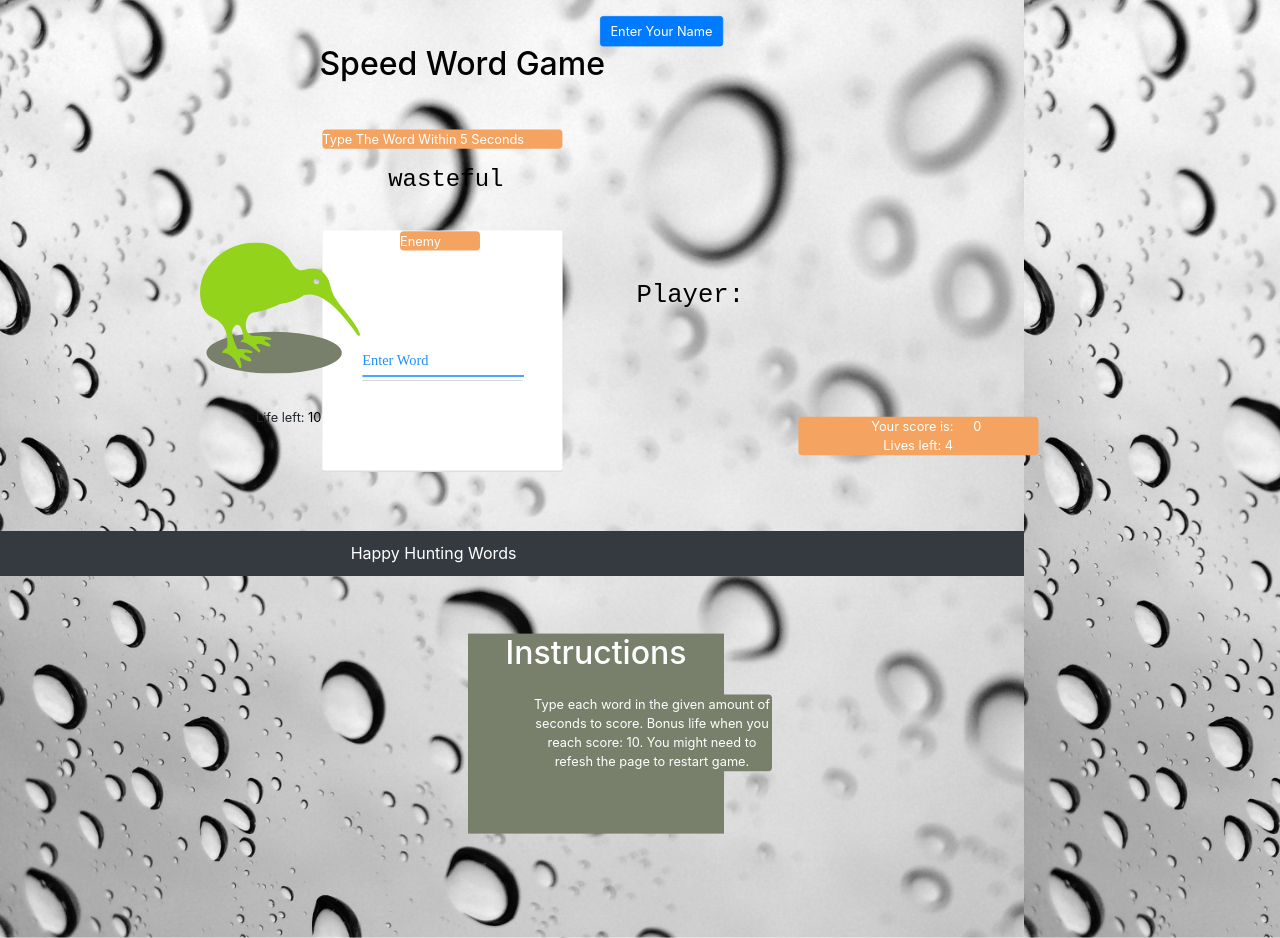
Repository: konstantin0s/word-game-project
Page: modal.html
An editor plug-in stored every save of this project. The page is shown before and after the next save, followed by the edit.
The browser window is 1280 px wide. The page is 1600 px wide, then 1580 px, so the pictures cover 1600 px, including what lies to the right of the window. The pictures show the whole page, at 80% of full size.
Backgrounds fixed to the window are drawn as part of the page. Some web libraries are served in a nearby version.

Above is the page before, as saved 2019-02-14 11:07:06.

### modal.html
<!DOCTYPE html>
<html lang="en">

<head>

  <meta charset="utf-8">
  <meta name="viewport" content="width=device-width, initial-scale=1, shrink-to-fit=no">
  <meta name="description" content="">
  <meta name="author" content="">

  <title>Speed Word Game</title>
  <!-- <link rel="stylesheet" href="https://maxcdn.bootstrapcdn.com/bootstrap/3.4.0/css/bootstrap.min.css"> -->
  <script src="https://ajax.googleapis.com/ajax/libs/jquery/3.3.1/jquery.min.js"></script>
  <script src="https://maxcdn.bootstrapcdn.com/bootstrap/3.4.0/js/bootstrap.min.js"></script>
  <script src="https://cdnjs.cloudflare.com/ajax/libs/p5.js/0.7.3/p5.js"></script>
  <!-- Bootstrap core CSS -->
  <link href="vendor/bootstrap/css/bootstrap.min.css" rel="stylesheet">

  <!-- Custom styles for this template -->
  <link href="css/the-big-picture.css" rel="stylesheet">
  <link rel="stylesheet" href="css/style.css">

</head>

<body>

  <!-- Navigation -->
  <nav class="navbar navbar-expand-lg navbar-dark bg-dark fixed-bottom">
    <div class="container">
      <a class="navbar-brand" href="#">Happy Hunting Words</a>
      <button class="navbar-toggler" type="button" data-toggle="collapse" data-target="#navbarResponsive" aria-controls="navbarResponsive" aria-expanded="false" aria-label="Toggle navigation">
        <span class="navbar-toggler-icon"></span>
      </button>
      <div class="collapse navbar-collapse" id="navbarResponsive">
      </div>
    </div>
  </nav>



<!-- Button trigger modal -->
<button type="button" id="clearPlayer" class="btn btn-primary" data-toggle="modal" data-target="#exampleModalCenter">
    Enter Your Name
  </button>

  <!-- Modal -->
  <div class="modal fade" id="exampleModalCenter" tabindex="-1" role="dialog" aria-labelledby="exampleModalCenterTitle" aria-hidden="true">
    <div class="modal-dialog modal-dialog-centered" role="document">
      <div class="modal-content">
        <div class="modal-header">
          <h5 class="modal-title" id="exampleModalLongTitle">Player Name</h5>
          <button type="button" class="close" data-dismiss="modal" aria-label="Close">
            <span aria-hidden="true">&times;</span>
          </button>
        </div>
        <div class="modal-body">
            <h3 id="playerN">Enter Your Name</h3>
            <input id="name" onchange="say_hi()">
        </div>
      </div>
    </div>
  </div>
<h2 id="user">
  Player:
</h2>

<div id="output"></div>

  <!-- Page Content -->
  <section>
    <div class="container">
      <div class="row">
        <div class="col-lg-6">
          <h1 class="mt-5">Speed Word Game</h1>
          <p class="type">Type The Word Within
            <span id="sec"></span>
            Seconds</p>
          <div id="wordsDisplay">

          </div>
          <div id="time">
           <p>Time left:</p> <span id="timeLeft"></span>
          </div>
          <div id="userDetails">
             Your score is: <span id="score">0</span><br>
             Lives left: <span id="lives">3</span>
          </div>
          <div class="wrapper">
            <input class="input" id="inputWord" onchange="compareGuess()" placeholder="Enter Word" type="text"  autofocus>
            <span class="underline"></span>
        </div>
        </div>
      </div>
    </div>
  </section>

  <div id="corWrong"></div>

   <p id="messageP"></p>
   <div class="enemy">
    Life left: <span id="enemyLife">10</span>
   </div>
  <svg version="1.1" id="Layer_1" xmlns="http://www.w3.org/2000/svg" xmlns:xlink="http://www.w3.org/1999/xlink" x="0px" y="0px"
  width="612px" height="502.174px" viewBox="0 65.326 612 502.174" enable-background="new 0 65.326 612 502.174"
  xml:space="preserve" class="logo">

<ellipse class="ground" cx="283.5" cy="487.5" rx="259" ry="80"/>
<path class="kiwi" d="M210.333,65.331C104.367,66.105-12.349,150.637,1.056,276.449c4.303,40.393,18.533,63.704,52.171,79.03
 c36.307,16.544,57.022,54.556,50.406,112.954c-9.935,4.88-17.405,11.031-19.132,20.015c7.531-0.17,14.943-0.312,22.59,4.341
 c20.333,12.375,31.296,27.363,42.979,51.72c1.714,3.572,8.192,2.849,8.312-3.078c0.17-8.467-1.856-17.454-5.226-26.933
 c-2.955-8.313,3.059-7.985,6.917-6.106c6.399,3.115,16.334,9.43,30.39,13.098c5.392,1.407,5.995-3.877,5.224-6.991
 c-1.864-7.522-11.009-10.862-24.519-19.229c-4.82-2.984-0.927-9.736,5.168-8.351l20.234,2.415c3.359,0.763,4.555-6.114,0.882-7.875
 c-14.198-6.804-28.897-10.098-53.864-7.799c-11.617-29.265-29.811-61.617-15.674-81.681c12.639-17.938,31.216-20.74,39.147,43.489
 c-5.002,3.107-11.215,5.031-11.332,13.024c7.201-2.845,11.207-1.399,14.791,0c17.912,6.998,35.462,21.826,52.982,37.309
 c3.739,3.303,8.413-1.718,6.991-6.034c-2.138-6.494-8.053-10.659-14.791-20.016c-3.239-4.495,5.03-7.045,10.886-6.876
 c13.849,0.396,22.886,8.268,35.177,11.218c4.483,1.076,9.741-1.964,6.917-6.917c-3.472-6.085-13.015-9.124-19.18-13.413
 c-4.357-3.029-3.025-7.132,2.697-6.602c3.905,0.361,8.478,2.271,13.908,1.767c9.946-0.925,7.717-7.169-0.883-9.566
 c-19.036-5.304-39.891-6.311-61.665-5.225c-43.837-8.358-31.554-84.887,0-90.363c29.571-5.132,62.966-13.339,99.928-32.156
 c32.668-5.429,64.835-12.446,92.939-33.85c48.106-14.469,111.903,16.113,204.241,149.695c3.926,5.681,15.819,9.94,9.524-6.351
 c-15.893-41.125-68.176-93.328-92.13-132.085c-24.581-39.774-14.34-61.243-39.957-91.247
 c-21.326-24.978-47.502-25.803-77.339-17.365c-23.461,6.634-39.234-7.117-52.98-31.273C318.42,87.525,265.838,64.927,210.333,65.331
 z M445.731,203.01c6.12,0,11.112,4.919,11.112,11.038c0,6.119-4.994,11.111-11.112,11.111s-11.038-4.994-11.038-11.111
 C434.693,207.929,439.613,203.01,445.731,203.01z"/>
<filter id="pictureFilter" >
 <feGaussianBlur stdDeviation="15" />
</filter>
</svg>


<div class="instructions">
  <h1>Instructions</h1>
  <p>Type each word in the given amount of seconds to score.
    Bonus life when you reach score: 10.
    You might need to refesh the page to restart game.
  </p>
</div>

  <!-- Bootstrap core JavaScript -->
  <script src="vendor/jquery/jquery.min.js"></script>
  <script src="vendor/bootstrap/js/bootstrap.bundle.min.js"></script>
  <script src="js/main.js"></script>

</body>

</html>

### css/the-big-picture.css
/*!
 * Start Bootstrap - The Big Picture (https://startbootstrap.com/template-overviews/the-big-picture)
 * Copyright 2013-2019 Start Bootstrap
 * Licensed under MIT (https://github.com/BlackrockDigital/startbootstrap-the-big-picture/blob/master/LICENSE)
 */
body {
  background: url('../img/drop.jpg') no-repeat center center fixed;
  -webkit-background-size: cover;
  -moz-background-size: cover;
  background-size: cover;
  -o-background-size: cover;
}

### css/style.css
body {
  margin: 0;
  padding: 0;
  z-index: 40;
  overflow-x: hidden;
}

.container {
  display: flex;
  flex-direction: column;
  justify-content: center;

}

.container .type {
   position: relative;
   top: 20px;
}
.mt-5 {
  color: black;
  text-align: center;
  position: relative;
  top: -30px;
  left: 290px;
}
.wrapper {
  background-color: #FFF;
  border-radius: 2px;
  box-shadow: 0px 2px 1px 0px #DDD;
  box-sizing: border-box;
  height: 300px;
  left: 550px;
  margin: -150px 0 0 -150px;
  position: absolute;
  top: 400px;
  width: 300px;

}

.input {
  background-color: transparent;
  border: none;
  border-bottom: 1px solid #CCC;
  color: #555;
  box-sizing: border-box;
  font-family: 'Arvo';
  font-size: 18px;
  height: 50px;
  left: 50%;
  margin: -25px 0 0 -100px;
  padding: 10px 0px;
  position: relative;
  top: 50%;
  width: 200px;

  &:focus {
    outline: none;
  }
}

input::-webkit-input-placeholder {
  color: #AAA;
}

input:focus::-webkit-input-placeholder {
  color: dodgerblue;
}

.input:focus+.underline {
  transform: scale(1);
}

.underline {
  background-color: dodgerblue;
  display: inline-block;
  height: 2px;
  left: 50px;
  margin-top: -4px;
  position: absolute;
  top: 185px;
  -webkit-transform: scale(0, 1);
  transform: scale(0, 1);
  -webkit-transition: all 0.5s linear;
  transition: all 0.5s linear;
  width: 202px;
}


font {
  color: white;
}

#wordsDisplay {
  position: relative;
  top: 20px;
  left: 387px;
  color: black;
  font-family: 'Courier New', Courier, monospace;
  font-size: 30px;
  width: 305px;
  text-align: center;
}
#userDetails {
  position: relative;
  top: 230px;
 float: right;
 /* left: 500px; */
 left: 740px;
  color: white;
  background-color: sandybrown;
  width: 300px;
  text-align: center;
  border-radius: 5px;
}

#score {
  position: relative;
  top: 0px;
  left: 20px;
  color: white;
  background-color: sandybrown;
}

#time {
  text-align: center;
}

 p {
  position: relative;
  top: 450px;
  left: 385px;
  color: white;
  background-color: sandybrown;
  width: 300px;
  border-radius: 5px;
 }

#timeLeft {
  position: relative;
  top: 400px;
  left: 330px;
  color: white;
  background-color: sandybrown;
}

.sec {
  position: relative;
  top: 400px;
  left: 330px;
  color: white;
  background-color: sandybrown;
}

b {
  color: black;
  text-transform: capitalize;;
}

#user {
  position: relative;
  top: 350px;
  right: 350px;
  float: right;
  color: black;
  font: 33px;
  font-family: 'Courier New', Courier, monospace;
}

#output {
  position: relative;
  color: black;
  float: right;
  right: 250px;
  font-size:28px;
  top: 410px;
}

#playerN {
  color: black;
}

.newP {
  position: relative;
  left: 40px;
  top: 120px;
}

.navbar-brand {
  position: relative;
  left: -90px;
}


@import "compass/css3";

.logo {
  position: relative;
  width: 200px;
  height: 164px;
  left: 250px;
  top: -100px;
}

.kiwi {
  fill: #94d31b;

}
.kiwi:hover {
  fill: #ace63c;
}

.ground {
  fill: #787f6a;
}
.ground:hover {
  filter: url(#pictureFilter);
  fill: #896d3d;
}

#messageP {
  position: relative;
  top: -50px;
  width: 100px;
  left: 500px;
}

.instructions {
  background-color: #787f6a;
  width: 25%;
  height: 250px;
  color: white;
  position: relative;
  left: 580px;
  top: 220px;
  margin: 5px;
  text-align: center;
  margin-bottom: 350px;
}

.instructions p {
  background-color: #787f6a;
  position: relative;
  left: 80px;
  top: 20px;
  width: 1005;
  text-align: center;
}

#clearPlayer {
  position: relative;
  top: 20px;
  left: 750px;
}

#corWrong {
  position: relative;
  left: 780px;
  top: 270px;
  color: black;
  font: 30px;
}

#enemyLife {
  color: black;
}
 .enemy {
   left: 320px;
   position: relative;
   top:130px;
 }

#modalContainer {
	background-color:rgba(0, 0, 0, 0.3);
	position:absolute;
  top:0;
	width:100%;
	height:100%;
	left:0px;
	z-index:10000;
  /* background: url('../img/drop.jpg') no-repeat center center fixed;required by MSIE to prevent actions on lower z-index elements */
}

#alertBox {
	position:relative;
  width:43%;
  height: 25%;
	min-height:100px;
  max-height:400px;
	margin-top:50px;
	border:1px solid #fff;
	background-color:#fff;
	background-repeat:no-repeat;
  top:30%;
  left: 500px;
}

#modalContainer > #alertBox {
  position:fixed;
}

#alertBox h1 {
	margin:0;
	font:bold 1em Raleway,arial;
	background-color:#f97352;
  color:#FFF;
  text-align: center;
	border-bottom:1px solid #f97352;
	padding:10px 0 10px 5px;
}

#alertBox p {
 height:50px;
	padding-left:5px;
  padding-top:30px;
  text-align:center;
   vertical-align:middle;
  visibility: hidden;
}

#alertBox #closeBtn {
	display:block;
	position:relative;
	margin:10px auto 10px auto;
  padding:7px;
	border:0 none;
	width:170px;
	text-transform:uppercase;
	text-align:center;
	color:#FFF;
	background-color:#f97352;
	border-radius: 0px;
	text-decoration:none;
  outline:0!important;
} */

/* unrelated styles */

 /* #mContainer {
  position:relative;
	width:600px;
	margin:auto;
	padding:5px;
	border-top:2px solid #fff;
	border-bottom:2px solid #fff;
}

h1,h2 {
	margin:0;
  padding:4px;
}

code {
	font-size:1.2em;
	color:#069;
}

#credits {
	position:relative;
	margin:25px auto 0px auto;
	width:350px;
	font:0.7em verdana;
	border-top:1px solid #000;
	border-bottom:1px solid #000;
	height:90px;
	padding-top:4px;
}

#credits img {
	float:left;
	margin:5px 10px 5px 0px;
	border:1px solid #000000;
	width:80px;
	height:79px;
}

.important {
	background-color:#F5FCC8;
	padding:2px;

}

@media (max-width: 600px)
{
  #alertBox {
	position:relative;
	width:90%;
  top:30%;
}
} */

### js/main.js
function say_hi() {
  var name = document.getElementById("name").value;
  var html = "<b>" + name + "</b> ";
 document.getElementById("output").innerHTML = html;
}

function clearPlayer() {
  document.getElementById("name").value = "";
  var input = document.getElementById("name");
  input.style.visibility = "hidden";
  var playerN = document.getElementById("playerN");
  playerN.style.visibility = "hidden";
  var clearPlayer = document.getElementById("clearPlayer");
  clearPlayer.style.visibility = "hidden";
  var exampleModalCenter = document.getElementById("exampleModalCenter");
  exampleModalCenter.style.visibility = "none";
  var modalContent = document.getElementsByClassName("modal-content");
  modalContent.style.visibility = "hidden";
}

  (function() {
    setInterval(function(){
      clearPlayer();
    }, 10000);
}());

  var wordGeneratorLevel1 = function() {
    setInterval(function(){
      generate();
    }, 5000);
    timer();
  }

  var wordGeneratorLevel2 = function() {
    setInterval(function(){
      generate();
    }, 3000);
    timer();
}

var input = document.getElementById("inputWord");
input.addEventListener('keyup',function(e){
  if (e.keyCode == 13) {
}
});

  var wordsLevel1 = [
    "clever", "amongst", "implementing", "intelectual", "sensual", "amazing", "beautify", "project", "tall",
"curl", "rate", "busy", "unusual", "extend", "exclusive", "ray", "shy", "wasteful", "unbecoming", "fallacious",
"toothbrush", "bounce", "brightwork", "verkrampte", "protectrix", "nudibranch", "grandchild", "newfangled", "flugelhorn", "mythologer"
     ];

     var wordsLevel2 = [
      "jackhammer",
     "brightwork", "verkrampte", "protectrix", "nudibranch", "grandchild", "newfangled", "flugelhorn", "mythologer",
     "pluperfect", "jellygraph", "quickthorn", "rottweiler", "technician", "cowpuncher", "middlebrow",
     "jackhammer", "triphthong", "wunderkind", "dazzlement", "jabberwock", "witchcraft","pawnbroker", "thumbprint", "motorcycle"
       ];


  var randomDiv = document.getElementById("wordsDisplay");
  var addScore = document.getElementById("score");
  var freshLives = document.getElementById("lives");
  var timeLeft = document.getElementById("timeLeft");
  var svgLogo = document.getElementById("Layer_1");
   var messagePlayer = document.getElementById("messageP");
   var corWrong = document.getElementById("corWrong");
   var dinaSec = document.getElementById("sec");
   var enemy = document.getElementById("enemyLife");
  var randomIndex;
  var newText;
  var score = 0;
  var lives = 5;
  var seconds = 5;
  enemyLife = 10;


  function flashLogo() {
    var interval = window.setInterval(function(){
      if(svgLogo.display !== "hidden"){
        svgLogo.style.visibility = "hidden";

      }else{
        svgLogo.style.visibility = "hidden";
      }
  }, 1000);
  }

  function checkLife() {
    if (lives == 0) {
      createCustomAlert(); // game over

      setInterval(function(){
          window.location.href = "http://127.0.0.1:5500/index.html";
      }, 10000);
      score = 0;
      addScore.textContent = "0"
      resetInput();
      lives = 5;
      freshLives.innerHTML = lives;
    }
  }


  function generate() {
   randomIndex = Math.ceil((Math.random() * wordsLevel1.length - 1));
   newText = wordsLevel1[randomIndex];
   randomDiv.innerHTML = newText;

  }

  function generateLevel2() {
    randomIndex = Math.ceil((Math.random() * wordsLevel2.length - 1));
    newText = wordsLevel2[randomIndex];
    randomDiv.innerHTML = newText;
   }

  var flag;
  function compareGuess() {
    var searchWord = document.getElementById("inputWord").value;
    var wordName = document.getElementById("wordsDisplay");
    messagePlayer.innerHTML = "Enemy";
    flag = false;
         if (searchWord == wordName.innerHTML) {
          corWrong.innerHTML = "Correct!!!"
          wordName.style.height = "40px";
           wordName.style.backgroundColor = "yellow";
           score++;
           enemyLife--;
           enemy.innerHTML = enemyLife;
           if (enemyLife == 0) {
            enemy.innerText = "";
           }
           addScore.textContent = score;
           flag = true;
           if (score >= 10 && score <= 11) {
            var audio = new Audio('https://interactive-examples.mdn.mozilla.net/media/examples/t-rex-roar.mp3');
            audio.play();
             lives++
            enemy.innerHTML = enemyLife;
            enemy.innerText = "DeaD";
             freshLives.innerHTML = lives;
            flashLogo();
            messagePlayer.innerHTML = "I'm Outta Here :)";
           }
           clearInterval(timer);
           setInterval(function(){
            wordName.style.backgroundColor = "";
          }, 1500);
          resetInput();
             flag = true;
         } else {
           wordName.style.backgroundColor = "";
         }

         if (flag == false) {
          lives--;
          freshLives.innerHTML = lives;
          corWrong.innerHTML = "Wrong!!!"
          resetInput();
         }
         checkLife();
      }

      function timer() {
        setInterval(function(){
          seconds--;
          dinaSec.innerHTML = seconds;
          timeLeft.innerHTML = seconds;
          if (seconds == 0 && !flag) {
            lives--;
          }
           if(seconds == 0) {
            freshLives.innerHTML = lives;
            seconds = currentLevel + 1;
            dinaSec.innerHTML = seconds;
            timeLeft.innerHTML = seconds;
            checkLife();
            flag = false;
           }
      }, 1000);
      }

 function resetInput() {
  document.getElementById("inputWord").value = "";
  }


  function init() {
    wordGeneratorLevel1();
    lives = 5;
    freshLives.innerHTML = lives;
    messagePlayer.innerHTML = "Enemy";
   }

 window.onload = init;

   var levels = {
    easy: 6,
    medium: 4,
    hard: 2
  }
  var currentLevel = levels.medium;


 var ALERT_TITLE = "Game Over!\n Restart?";
var ALERT_BUTTON_TEXT = "Ok";

if(document.getElementById) {
	window.alert = function(txt) {
    createCustomAlert(txt);
	}
}

function createCustomAlert(txt) {
	d = document;

  if(d.getElementById("modalContainer"))
   return;

	mObj = d.getElementsByTagName("body")[0].appendChild(d.createElement("div"));
	mObj.id = "modalContainer";
	mObj.style.height = d.documentElement.scrollHeight + "px";

	alertObj = mObj.appendChild(d.createElement("div"));
	alertObj.id = "alertBox";
	if(d.all && !window.opera) alertObj.style.top = document.documentElement.scrollTop + "px";
	alertObj.style.left = (d.documentElement.scrollWidth - alertObj.offsetWidth)/2 + "px";
  alertObj.style.visiblity="visible";
  alertObj.style.left="480px";

	h1 = alertObj.appendChild(d.createElement("h1"));
	h1.appendChild(d.createTextNode(ALERT_TITLE));

	msg = alertObj.appendChild(d.createElement("p"));
	//msg.appendChild(d.createTextNode(txt));
  msg.innerHTML = txt;
  audio = new Audio('http://www.project818.com/files/music/TI-Justin-Timberlake-Dead-and-Gone.mp3');
  audio.play();

	btn = alertObj.appendChild(d.createElement("a"));
	btn.id = "closeBtn";
	btn.appendChild(d.createTextNode(ALERT_BUTTON_TEXT));
	btn.href = "#";
	btn.focus();
  btn.onclick = function() { removeCustomAlert();
      audio.pause();
      window.location.href = "http://127.0.0.1:5500/index.html";
    return false; }

	alertObj.style.display = "block";

}

function removeCustomAlert() {
  document.getElementsByTagName("body")[0].removeChild(document.getElementById("modalContainer"));
  window.location.href = "http://127.0.0.1:5500/index.html";

}
function ful(){
alert('Game Over!!!');
}

Loaded but not shown: vendor/bootstrap/css/bootstrap.min.css (library); vendor/jquery/jquery.min.js (library); vendor/bootstrap/js/bootstrap.bundle.min.js (library)

After the next save:
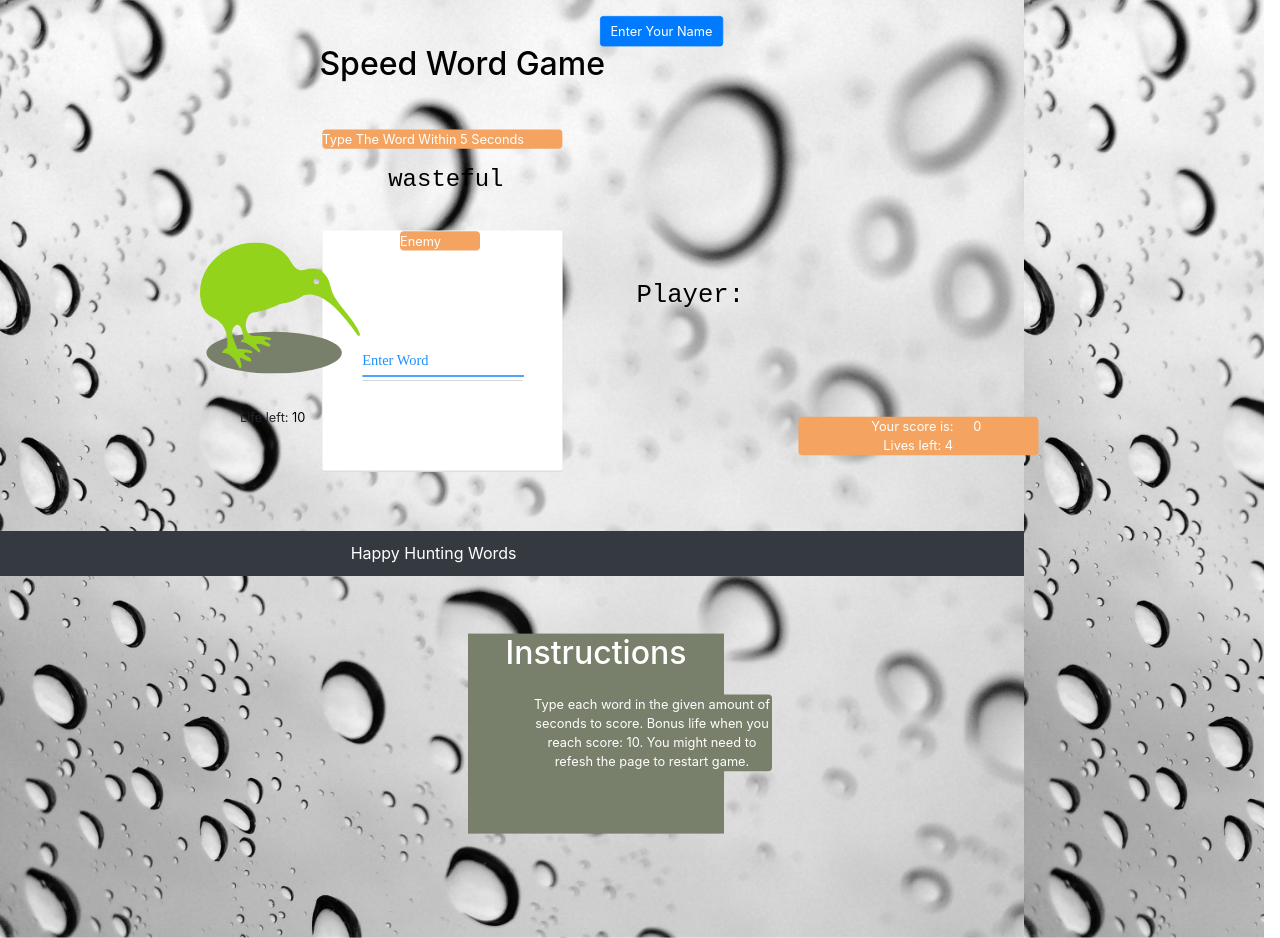
Saved 7 s later.
--- a/css/style.css
+++ b/css/style.css
@@ -264,7 +264,7 @@ b {
   color: black;
 }
  .enemy {
-   left: 320px;
+   left: 300px;
    position: relative;
    top:130px;
  }
